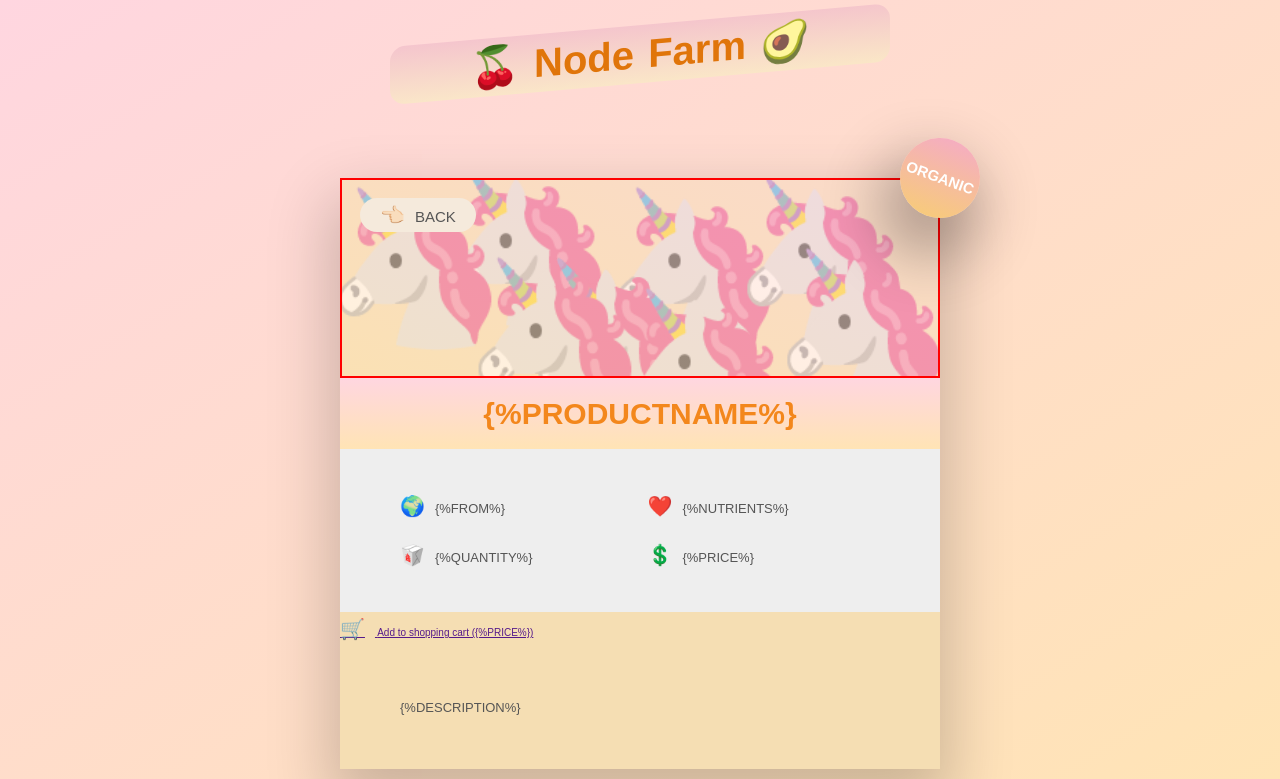
Repository: Kubraaygun/NodeFarm_Backend
Page: templates/product.html
An editor plug-in stored every save of this project. The page is shown before and after the next save, followed by the edit.
The browser window is 1280 px wide. The pictures show the whole page.

Above is the page before, as saved 2025-09-09 23:08:31.

### templates/product.html
<!DOCTYPE html>
<html lang="en">
  <head>
    <meta charset="UTF-8" />
    <meta name="viewport" content="width=device-width, initial-scale=1.0" />
    <title>{%PRODUCTNAME%} {%IMAGE%} /// NODE FARM</title>
    <style>
      *,
      *::before,
      *::after {
        margin: 0;
        padding: 0;
        box-sizing: inherit;
      }
      html {
        font-size: 10px;
        box-sizing: border-box;
      }
      body {
        padding: 20px 10px 10px;
        line-height: 1.7;
        font-family: sans-serif;
        color: #555;
        background: linear-gradient(to bottom right, #ffd6e0, #ffe4b5);
        min-height: 100vh;
      }

      h1 {
        font-size: 4rem;
        color: rgb(224, 117, 10);
        transform: skewY(-5deg);
        text-align: center;
        position: relative;
        word-spacing: 3px;
      }
      h1::before {
        content: "";
        display: block;
        height: 85%;
        width: 50%;
        max-width: 500px;
        min-width: 350px;
        background: linear-gradient(
          to bottom,
          #f0bdc9,
          /* canlı pembe */ #f8ebc3
        );
        position: absolute;
        z-index: -1;
        left: 50%;
        top: 50%;
        opacity: 0.7;
        transform: translate(-50%, -50%);
        border-radius: 15px;
      }

      .container {
        width: 100%;
        margin: 0 auto;
      }
      .product {
        width: 80%;
        max-width: 60rem;
        margin: 0 auto;
        position: relative;
        background: wheat;
        margin-top: 9rem;
        box-shadow: 0 3rem 6rem 1rem rgba(0, 0, 0, 0.2);
      }
      .product__hero {
        position: relative;
        height: 20rem;
        overflow: hidden;
        border: 2px solid red;
      }
      .product__hero::before {
        content: "";
        display: block;
        height: 100%;
        width: 100%;
        z-index: 100;
        position: absolute;
        top: 0;
        left: 0;
        background: linear-gradient(to left bottom, #ffd6e0, #ffe4b5);
        opacity: 0.5;
      }

      .product__emoji {
        font-size: 15rem;
        position: absolute;
      }
      .product__emoji--1 {
        top: -4rem;
        left: -2rem;
        z-index: 10;
      }
      .product__emoji--2 {
        top: -6rem;
        left: 9rem;
      }
      .product__emoji--3 {
        top: -4rem;
        right: 15rem;
      }
      .product__emoji--4 {
        top: -5rem;
        right: 2rem;
      }
      .product__emoji--5 {
        bottom: -9rem;
        left: 18rem;
      }
      .product__emoji--6 {
        bottom: -9rem;
        left: 18rem;
      }
      .product__emoji--7 {
        bottom: -12rem;
        right: 14rem;
      }
      .product__emoji--8 {
        bottom: -8rem;
        right: -2rem;
      }
      .product__emoji--9 {
        top: 3rem;
        left: 12rem;
      }
      .product__organic {
        position: absolute;
        top: -4rem;
        right: -4rem;
        z-index: 1000;
        background: linear-gradient(to bottom, #f5aec0, #f7ca7c);
        border-radius: 50%;
        height: 8rem;
        width: 8rem;
        display: flex;
        align-items: center;
        justify-content: center;
        text-transform: uppercase;
        transform: rotate(20deg);
        box-shadow: 0 3rem 6rem 1rem rgba(0, 0, 0, 0.3);
      }
      .product__organic h5 {
        color: rgb(255, 255, 255);
        font-size: 1.5rem;
        font-weight: 900;
        text-transform: uppercase;
      }
      .product__back:link,
      .product__back:visited {
        position: absolute;
        background-color: rgb(245, 234, 220);
        z-index: 1000;
        top: 2rem;
        left: 2rem;
        font-size: 1.5rem;
        text-decoration: none;
        text-transform: uppercase;
        padding: 0 2rem;
        border-radius: 30rem;
        transition: all 0.3s;
        color: #555;
      }

      .product__back:hover,
      .product__back:active {
        background-color: rgb(247, 216, 175);
      }

      .product__name {
        background: linear-gradient(to bottom, #ffd6e0, #ffe4b5);
        padding: 1rem;
        font-size: 3rem;
        text-align: center;
        word-spacing: 2px;
        color: rgb(243, 135, 28);
      }
      .product__details {
        background-color: #eee;
        padding: 4rem 6rem;
        font-size: 1.3rem;
        display: grid;
        grid-template-columns: 1fr 1fr;
        grid-gap: 1.5rem;
      }
      .product__description {
        padding: 5rem 6rem;
        font-size: 1.3rem;
        line-height: 1.8;
      }

      .emoji-left {
        font-size: 2rem;
        margin-right: 1rem;
      }
      .emoji-right {
        font-size: 2rem;
        margin-right: 1rem;
      }
    </style>
  </head>
  <body>
    <div class="container">
      <h1>🍒 Node Farm 🥑</h1>
      <figure class="product">
        <div class="product__organic {%NOT_ORGANIC%}">
          <h5>Organic</h5>
        </div>
        <a href="/overview" class="product__back">
          <span class="emoji-left">👈🏻</span>Back</a
        >
        <div class="product__hero">
          <span class="product__emoji product__emoji--1">🦄</span>
          <span class="product__emoji product__emoji--2">🦄</span>
          <span class="product__emoji product__emoji--3">🦄</span>
          <span class="product__emoji product__emoji--4">🦄</span>
          <span class="product__emoji product__emoji--5">🦄</span>
          <span class="product__emoji product__emoji--6">🦄</span>
          <span class="product__emoji product__emoji--7">🦄</span>
          <span class="product__emoji product__emoji--8">🦄</span>
          <span class="product__emoji product__emoji--9">🦄</span>
        </div>

        <h2 class="product__name">{%PRODUCTNAME%}</h2>
        <div class="product__details">
          <p><span class="emoji-left">🌍</span>{%FROM%}</p>
          <p><span class="emoji-left">❤️</span>{%NUTRIENTS%}</p>
          <p><span class="emoji-left">🥡</span>{%QUANTITY%}</p>
          <p><span class="emoji-left">💲</span>{%PRICE%}</p>
        </div>

        <a href="" class="product__link">
          <span class="emoji-left">🛒</span>
          <span>Add to shopping cart ({%PRICE%})</span>
        </a>
        <p class="product__description">{%DESCRIPTION%}</p>
      </figure>
    </div>
  </body>
</html>

After the next save:
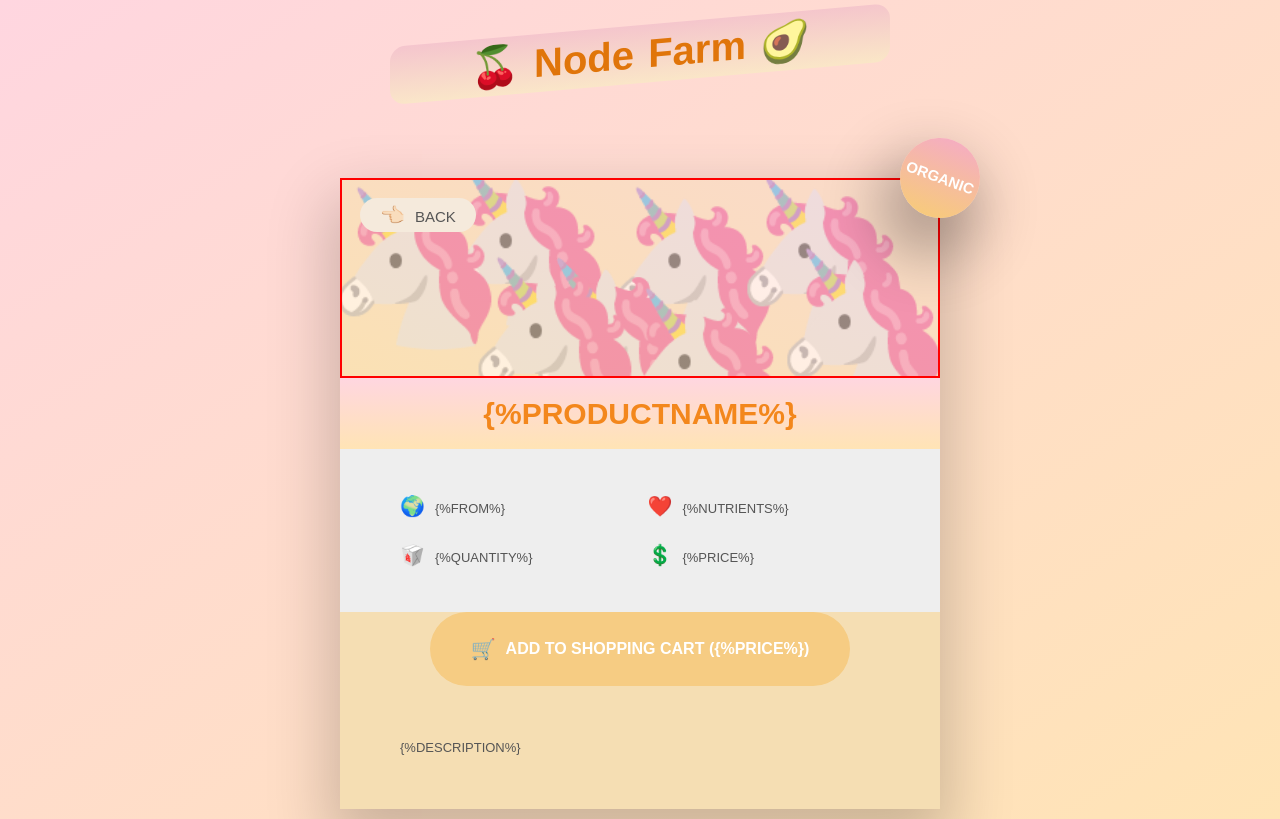
Saved 32 s later.
--- a/templates/product.html
+++ b/templates/product.html
@@ -190,6 +190,24 @@
         padding: 5rem 6rem;
         font-size: 1.3rem;
         line-height: 1.8;
+      }
+
+      .product__link:link,
+      .product__link:visited {
+        margin: 0 auto;
+        display: flex;
+        align-items: center;
+        justify-content: center;
+        width: 70%;
+        background-color: #f6cc83;
+        color: white;
+        font-size: 1.6rem;
+        font-weight: 900;
+        text-transform: uppercase;
+        text-decoration: none;
+        padding: 2rem;
+        border-radius: 30rem;
+        transition: all 0.3s;
       }
 
       .emoji-left {

After the save that followed:
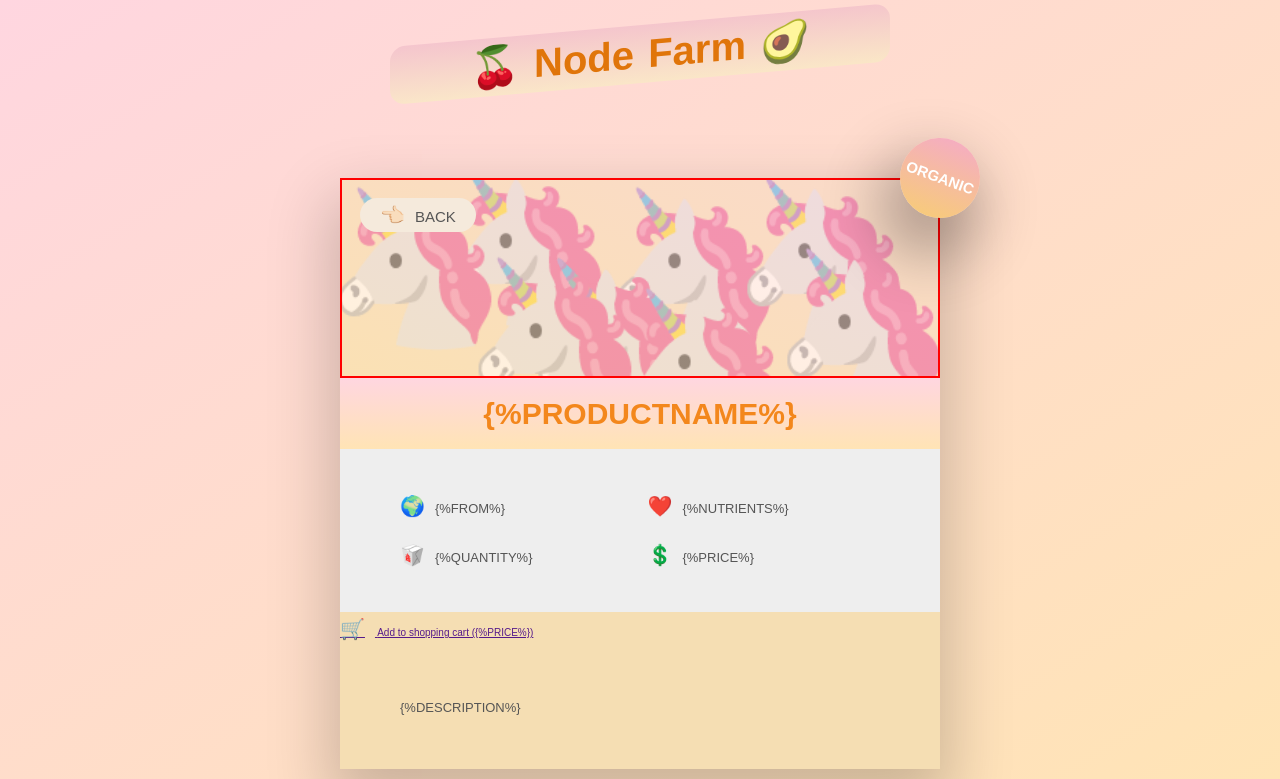
Saved 24 s later.
--- a/templates/product.html
+++ b/templates/product.html
@@ -194,20 +194,7 @@
 
       .product__link:link,
       .product__link:visited {
-        margin: 0 auto;
-        display: flex;
-        align-items: center;
-        justify-content: center;
-        width: 70%;
-        background-color: #f6cc83;
-        color: white;
-        font-size: 1.6rem;
-        font-weight: 900;
-        text-transform: uppercase;
-        text-decoration: none;
-        padding: 2rem;
-        border-radius: 30rem;
-        transition: all 0.3s;
+        display: block;
       }
 
       .emoji-left {
